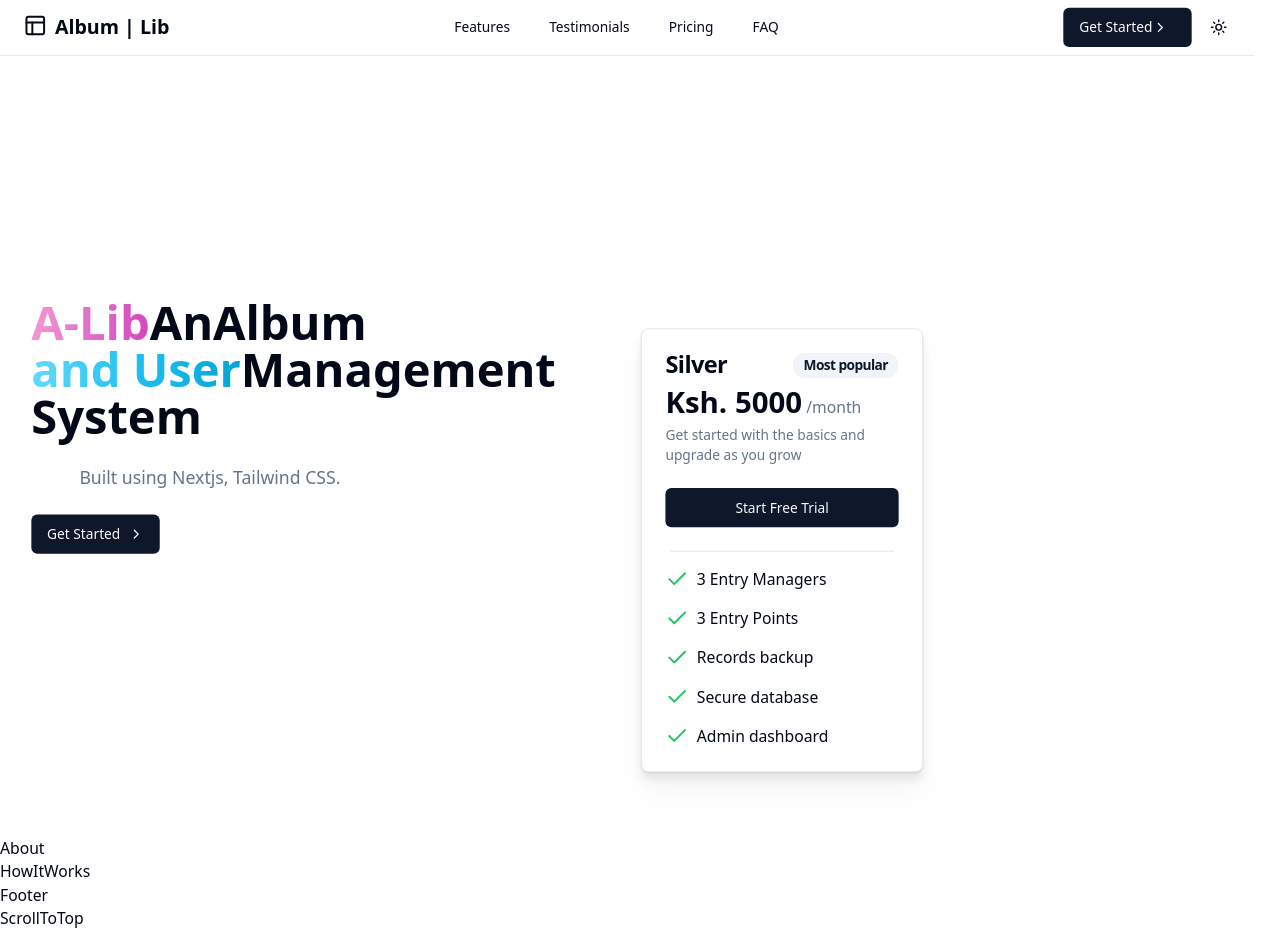
Repository: DevLaukey/savannah-informatics-test
Page: /
The author's editor kept a copy of each file at every save. The page is drawn from the files as they stood at one save, then again after the next save.
The browser window is 1280 px wide. The page is 1304 px wide, then 1280 px, so the pictures cover 1304 px, including what lies to the right of the window. The pictures show the whole page, at 98% of full size.
The project was rebuilt for these pictures with package versions that can differ from the ones it lists, and the page was loaded fresh each time. The framework's server and built-in components were replaced by stand-ins that run in the browser. Also part of the build but not shown: next.config.mjs, components/ui/avatar.jsx, components/landing-page/LightBulbIcon.jsx.

Above is the page before, as saved 2024-06-04 22:00:04.

After the next save:
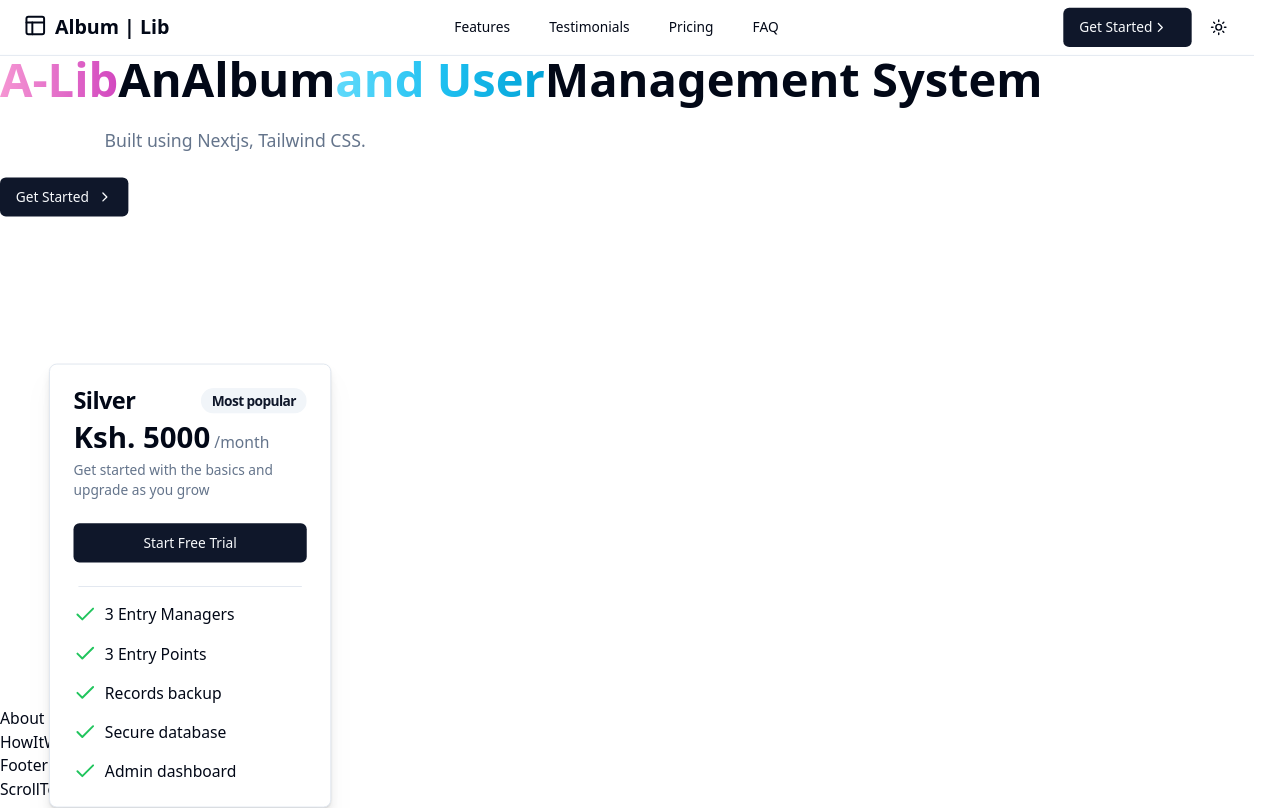
Saved 15 s later.
--- a/components/landing-page/Hero.jsx
+++ b/components/landing-page/Hero.jsx
@@ -4,7 +4,7 @@ import { Button, buttonVariants } from "@/components/ui/button";
 
 const Hero = () => {
   return (
-    <section className="w-full container grid grid-cols-1 md:grid-cols-2 place-items-center py-20 md:py-32 gap-10">
+    <section className="">
       <div className="text-center md:text-left space-y-6">
         <main className="text-3xl md:text-5xl font-bold">
           <h1 className="inline-block">
